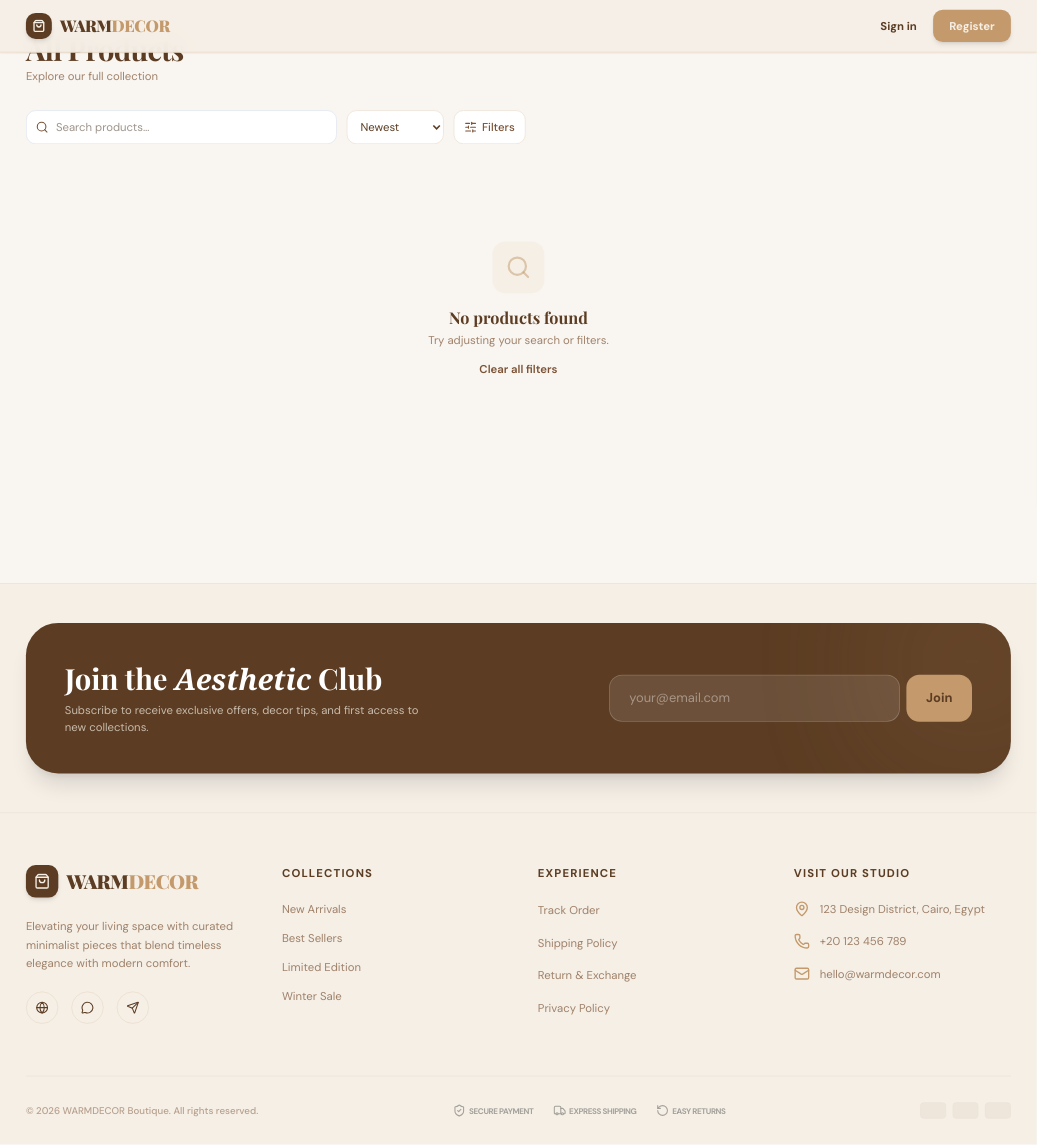
Repository: aml-abdelrhman/WARMDECOR
Page: /products
An editor plug-in stored every save of this project. The page is shown before and after the next save, followed by the edit.
The browser window is 1280 px wide. The pictures show the whole page, at 81% of full size.
The page's requests for data from a server got no answer. Some web fonts or font styles are not loaded; a fallback is used. The project was rebuilt for these pictures with package versions that can differ from the ones it lists, and the page was loaded fresh each time. Some packages were replaced by stand-ins written for this rebuild. The framework's server and built-in components were replaced by stand-ins that run in the browser. No one was signed in, and anything a server would have sent is missing. Also part of the build but not shown: next.config.mjs, src/components/ui/ProductCard.tsx.

Above is the page before, as saved 2026-04-23 20:34:01.

After the next save:
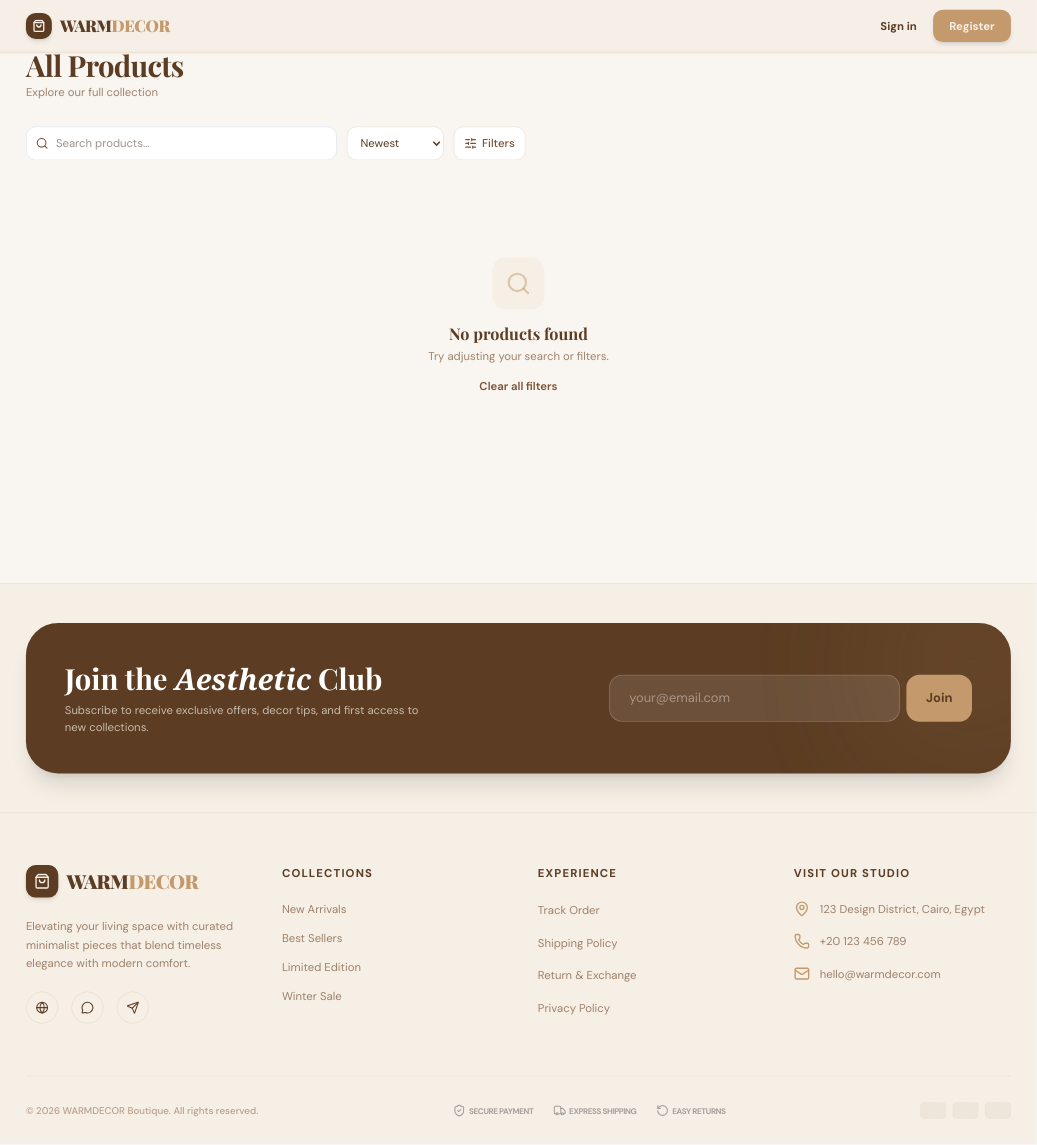
Saved 17 s later.
--- a/src/app/products/page.tsx
+++ b/src/app/products/page.tsx
@@ -197,7 +197,7 @@ function ProductsContent() {
 
   return (
     <div className="min-h-screen bg-[#f9f5f0]">
-      <div className="max-w-7xl mx-auto px-4 sm:px-6 lg:px-8 py-10">
+      <div className="max-w-7xl mx-auto px-4 sm:px-6 lg:px-8 py-15">
         {/* ── Page Header ── */}
         <div className="mb-8 animate-fade-in">
           <h1 className="font-display text-4xl font-bold text-[#5c3d23] tracking-tight">
